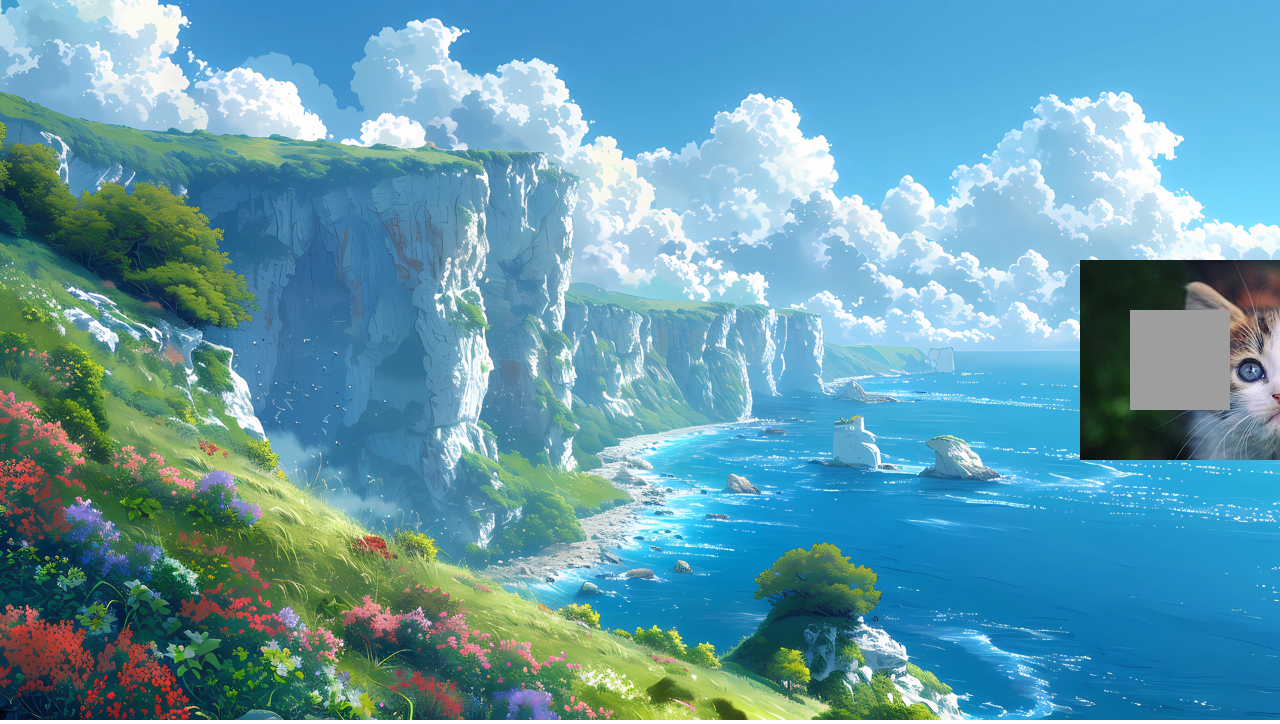
Repository: taoxiaofeng/hello-javascript
Page: master-class/position.html
An editor plug-in stored every save of this project. The page is shown before and after the next save, followed by the edit.
The browser window is 1280 px wide. The pictures show the whole page.
Pictures or frames that could not be fetched are drawn as grey boxes.

Above is the page before, as saved 2024-07-29 21:58:57.

After the next save:
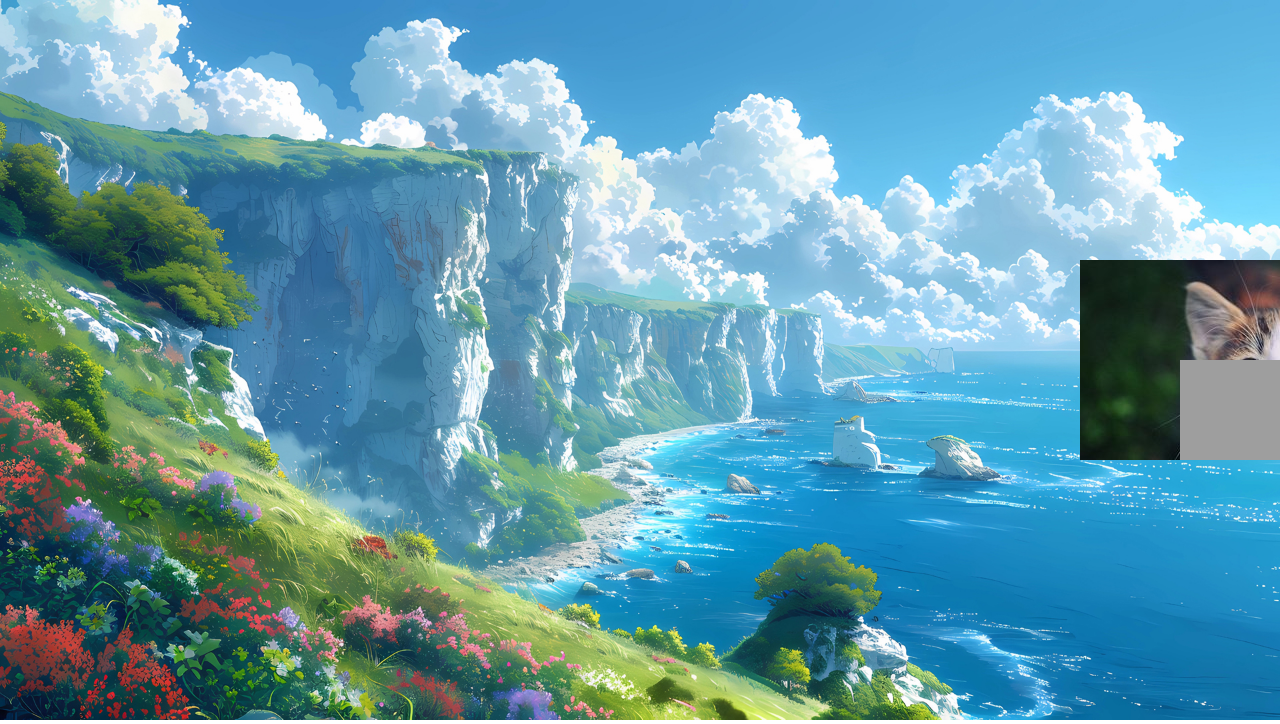
Saved 25 s later.
--- a/master-class/position.html
+++ b/master-class/position.html
@@ -55,8 +55,7 @@
     position: absolute;
     top: 50%;
     left: 50%;
-    margin-left: -50px;
-    margin-top: -50px;
+    margin-left: auto;
   }
 
 
